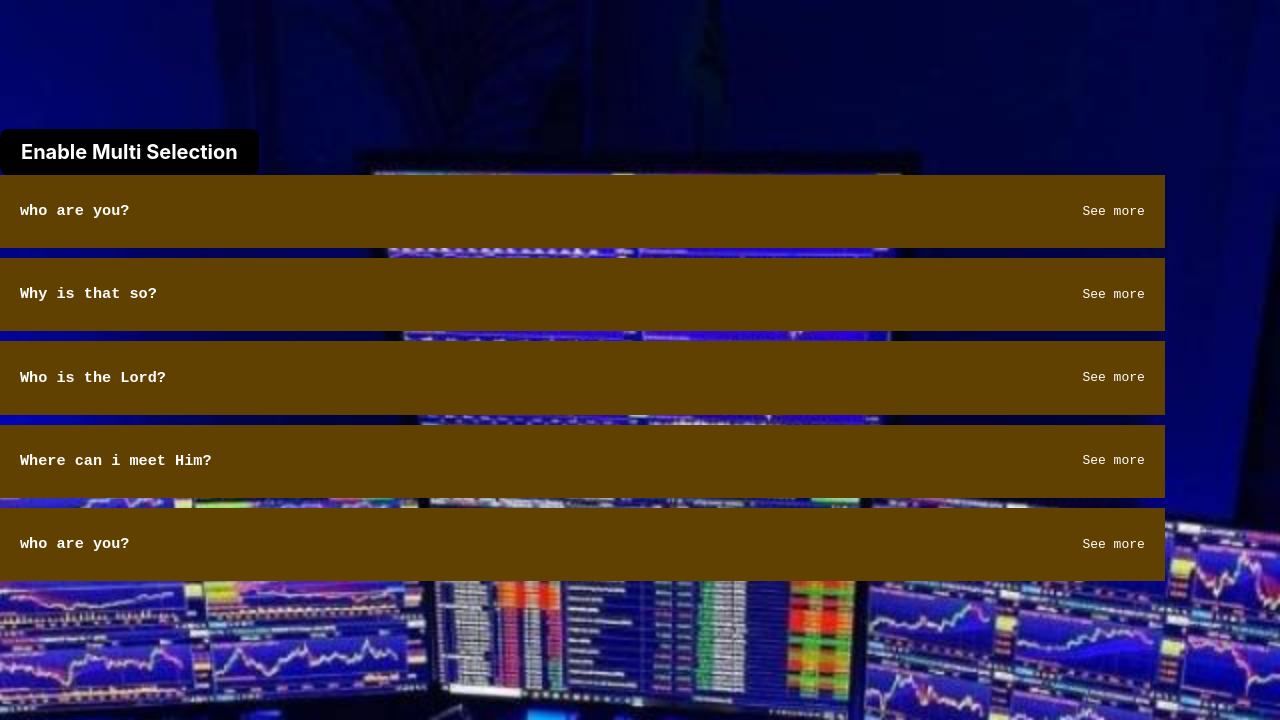
Repository: profbkmurage/reactprojectsBK
Page: /
These files come from the project's save history. The page is drawn as it stood at one moment and after a run of saves; the edit follows.
The browser window is 1280 px wide. The pictures show the whole page.
The project was rebuilt for these pictures with package versions that can differ from the ones it lists, and the page was loaded fresh each time. Also part of the build but not shown: vite.config.js.

Above is the page before, as saved 2025-02-23 10:14:26.

### src/App.jsx
import Accordian from './components/accordian'

function App () {
  return <Accordian />
}
export default App

### src/components/accordian/index.jsx
import { useState } from 'react'
import data from './data.js'
import './style.css'

export default function Accordian () {
    const [selected, setSelected] = useState(null) //keeps track of a sigle selected item
     const [enableMultipleSelection, setEnableMultipleSelection] = useState(false)
    const [multipleSelection, setMultipleSelection] = useState([])//keeps track of multiple selected item.

  function handleSigleSelection (getCurrentId) {
    setSelected(getCurrentId === selected ? null : getCurrentId) //if the current id is already selected, it will not display it twice otherwise it will display it
  }

  function handleMultiSelection (getCurrentId) {
    let copyMultiple = [...multipleSelection]
    const findIndexOfCurrentId = copyMultiple.indexOf(getCurrentId)
    if (findIndexOfCurrentId === -1) copyMultiple.push(getCurrentId)
    else copyMultiple.splice(findIndexOfCurrentId, 1)

    setMultipleSelection(copyMultiple)
  }
//   console.log(selected, multipleSelection)
  return (
    <div className='wrapper'>
      <button
        onClick={() => setEnableMultipleSelection(!enableMultipleSelection)}
      >
        Enable Multi Selection
      </button>
      <div className='accordian'>
        {data && data.length > 0 ? (
          data.map(dataItem => (
            <div key={dataItem.id} className='item'>
              <div
                onClick={
                  enableMultipleSelection
                    ? () => handleMultiSelection(dataItem.id)
                    : () => handleSigleSelection(dataItem.id)
                } //we check to see if the multiselction mode is enabled and use its funtion otherwise we use the single selection mode
                className='title'
              >
                <h3>{dataItem.question}</h3>
                <span>See more</span>
              </div>
              {selected === dataItem.id ||
              multipleSelection.indexOf(dataItem.id) !== -1 ? (
                <div className='content'>{dataItem.answer}</div>
              ) : null}
            </div>
          ))
        ) : (
          <div>No data found</div>
        )}
      </div>
    </div>
  )
}

### src/components/accordian/data.js
const data = [
    {
        id: '1',
        question: 'who are you?',
        answer: 'i am whom the Lord says i am'
    },
    {
        id: '2',
        question: 'Why is that so?',
        answer: 'i am whom the Lord says i am'
    },
    {
        id: '3',
        question: 'Who is the Lord?',
        answer: 'i am whom the Lord says i am'
    },
    {
        id: '4',
        question: 'Where can i meet Him?',
        answer: 'i am whom the Lord says i am'
    },
    {
        id: '5',
        question: 'who are you?',
        answer: 'i am whom the Lord says i am'
    }
];

export default data;

### src/components/accordian/style.css
body {
    overflow: hidden;
    background-image: url(../../assets/coding.jpg);
    background-repeat: no-repeat;
    background-size: 100vw;
    align-items: center;
    justify-content: ;
}

\src\assets\coding.jpg
.wrapper {
    display: flex;
    height: 100vh;
    width: 100vw;
    justify-content: center;
    align-items: center;
    flex-direction: column;
    gap: 20px;
}

.wrapper button {
    cursor: pointer;
    font-weight: bold;
    font-size: 20px;
    color: white;
    background-color: black;
    padding: 10px 20px;
}

.accordian {
    width: 91vw;
}

.item {
    background: #614101;
    margin-bottom: 10px;
    padding: 10px 20px;
    font-family: monospace;
}

.title {
    color: #fff;
    display: flex;
    justify-content: space-between;
    align-items: center;
    cursor: pointer;
}

.content {
    color: white;
    height: auto;
}

Loaded but not shown: index.html (common file); src/main.jsx (common file); src/index.css (common file)

After the next 2 saves:
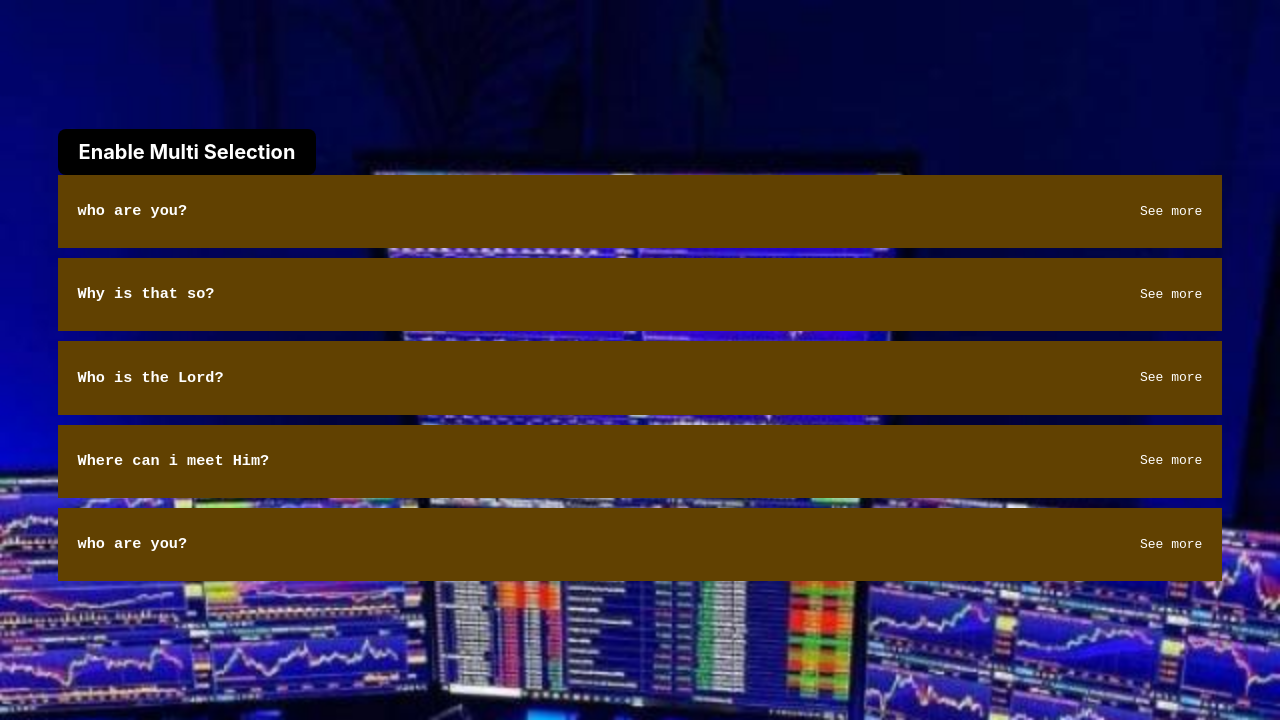
The 2 saves are shown as one change because they came seconds apart.
The last was saved 6 s later.
--- a/src/components/accordian/style.css
+++ b/src/components/accordian/style.css
@@ -4,7 +4,7 @@ body {
     background-repeat: no-repeat;
     background-size: 100vw;
     align-items: center;
-    justify-content: ;
+    justify-content: center;
 }
 
 \src\assets\coding.jpg
